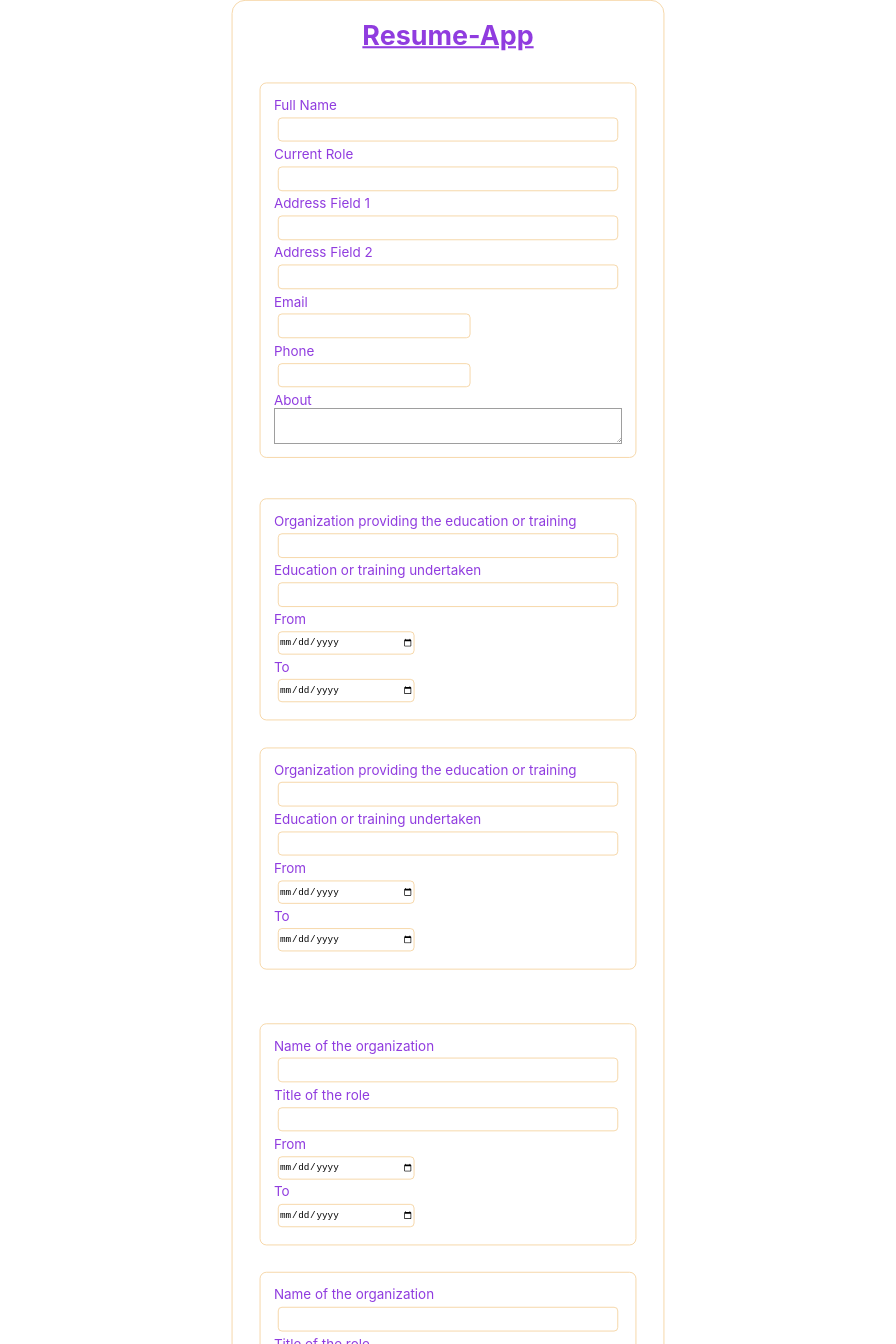
Repository: 0101chaitanya/resume-app
Page: /
The author's editor kept a copy of each file at every save. The page is drawn from the files as they stood at one save, then again after the next save.
The browser window is 1280 px wide. The pictures show the part of the page from y = 0 to 1920 px (the page is 3429 px tall), at 70% of full size.
The project was rebuilt for these pictures with package versions that can differ from the ones it lists, and the page was loaded fresh each time.

Above is the page before, as saved 2021-07-28 18:31:41.

After the next save:
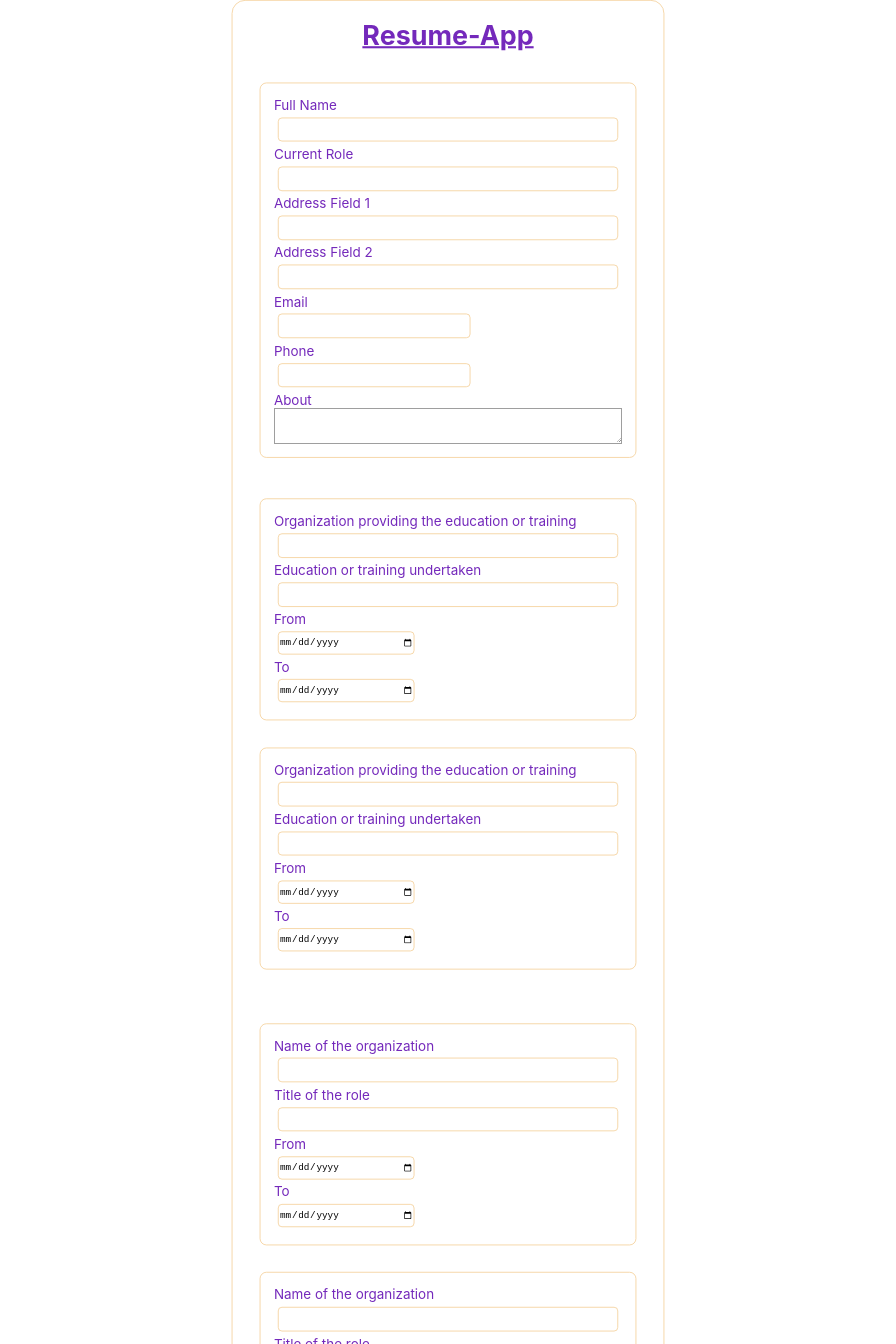
Saved 4 s later.
--- a/src/App.css
+++ b/src/App.css
@@ -1,7 +1,7 @@
 html {
   font-size: 1.2rem;
   font-weight: 400;
-  color: rgb(144, 60, 223);
+  color: rgb(116, 41, 187);
 }
 input {
   border-radius: 0.3rem;
